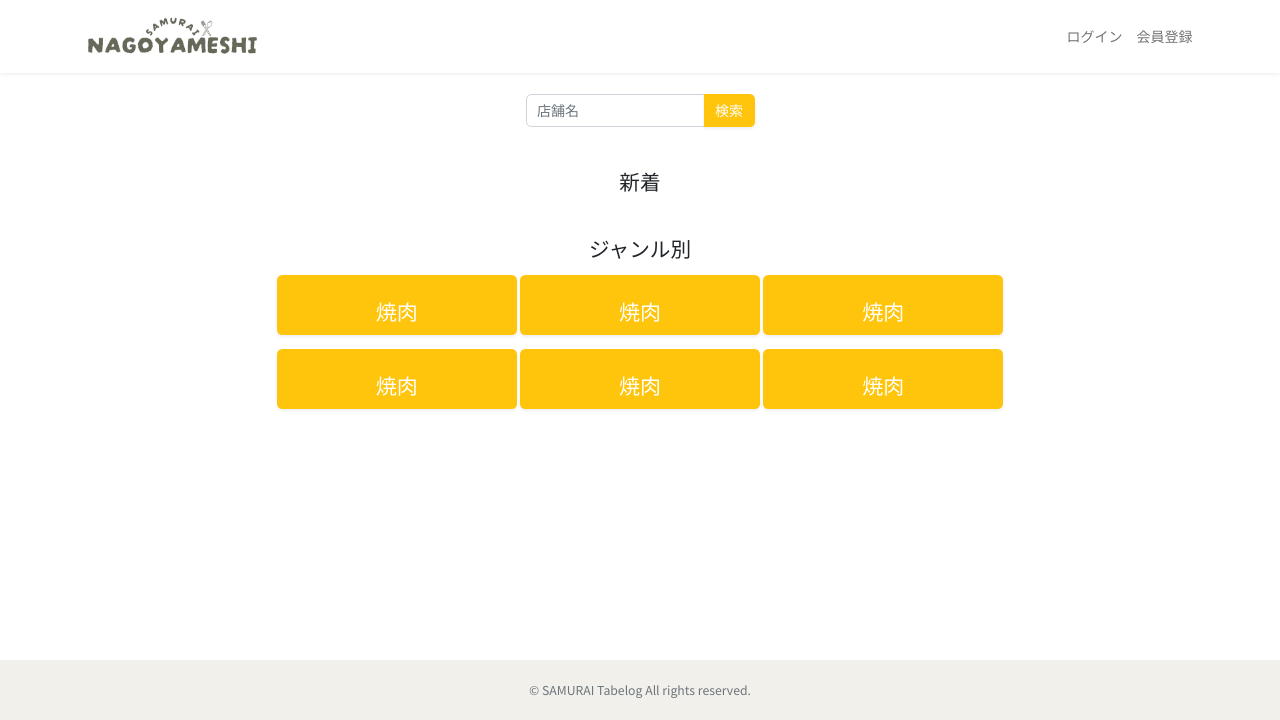
Repository: Mofu-Ya/springboot-tabelog-kadai
Page: http://localhost/index
An editor plug-in stored every save of this project. The page is shown before and after the next save, followed by the edit.
The browser window is 1280 px wide. The pictures show the whole page.
The page is this project's Thymeleaf template; nobody is signed in. The template is opened directly, without the code that normally fills it, so the values that code supplies are empty.

Above is the page before, as saved 2025-01-18 02:16:22.

### kadai_002/samuraitabelog/src/main/resources/templates/index.html
<!DOCTYPE html>
<html xmlns:th="https://www.thymeleaf.org" xmlns:sec="http://www.thymeleaf.org/extras/spring-security">
	<head>
		<div th:replace="~{fragment :: meta}"></div>
        <div th:replace="~{fragment :: styles}"></div>

		<title>SAMURAI tabelog</title>
	</head>
	<body>
		<div class="samuraitabelog-wrapper">
             <!-- ヘッダー -->
             <div th:replace="~{fragment :: header}"></div>

             <main>
                 <div class="container pt-4 pb-5 samuraitabelog-container">
                     <div th:if="${param.loggedIn}" class="alert alert-info">
                         ログインしました。
                     </div>

                     <div th:if="${param.loggedOut}" class="alert alert-info">
                         ログアウトしました。
                     </div>

                     <div th:if="${successMessage}" class="alert alert-info">
						 <span th:text="${successMessage}"></span>
                     </div>

                     <div th:if="${errorMessage}" class="alert alert-info">
						 <span th:text="${errorMessage}"></span>
                     </div>

                     <div class="d-flex justify-content-center">
                         <form method="get" th:action="@{/restaurants}" class="mb-5 samuraitabelog-search-form">
                             <div class="input-group">
                                 <input type="text" class="form-control" name="keyword" th:value="${keyword}" placeholder="店舗名">
                                 <button type="submit" class="btn text-white shadow-sm samuraitabelog-btn">検索</button>
                             </div>
                         </form>
                     </div>

                     <h2 class="text-center mb-3">新着</h2>
                     <div class="row row-cols-lg-5 row-cols-2 g-3 mb-5">
                         <div class="col" th:each="newRestaurant : ${newRestaurants}">
                             <a th:href="@{/restaurants/__${newRestaurant.getId()}__}" class="link-dark samuraitabelog-card-link">
                                 <div class="card h-100">
                                     <img th:if="${newRestaurant.getImageName()}" th:src="@{/storage/__${newRestaurant.getImageName()}__}" class="card-img-top samuraitabelog-vertical-card-image" alt="店舗画像">
                                     <img th:unless="${newRestaurant.getImageName()}" th:src="@{/images/noImage.png}" class="card-img-top samuraitabelog-vertical-card-image" alt="NO IMAGE">
                                     <div class="card-body">
                                         <h3 class="card-title" th:text="${newRestaurant.getName()}"></h3>
                                         <p class="card-text mb-1">
                                             <small class="text-muted" th:text="${newRestaurant.getAddress()}"></small>
                                         </p>
                                         <p class="card-text">
                                             <span th:text="${#numbers.formatInteger(newRestaurant.getLowestPrice(), 1, 'COMMA') + '円 / 泊'}"></span>
                                         </p>
                                     </div>
                                 </div>
                             </a>
                         </div>
                     </div>

                     <h2 class="text-center mb-3">ジャンル別</h2>
<!--                     <div class="col col-lg-10 col-10 mb-3 justify-content-center">-->

						 <div class="row mb-3">
							 <div class="col text-center">
							<a class="btn text-white shadow-sm category-btn samuraitabelog-btn" th:href="@{/restaurants}">焼肉</a>
						 	<a class="btn text-white shadow-sm category-btn samuraitabelog-btn" th:href="@{/restaurants}">焼肉</a>
						 	<a class="btn text-white shadow-sm category-btn samuraitabelog-btn" th:href="@{/restaurants}">焼肉</a>
						 	</div>
						 </div>
						 <div class="row mb-3">
							<div class="col text-center">
							<a class="btn text-white shadow-sm category-btn samuraitabelog-btn" th:href="@{/restaurants}">焼肉</a>
						 	<a class="btn text-white shadow-sm category-btn samuraitabelog-btn" th:href="@{/restaurants}">焼肉</a>
						 	<a class="btn text-white shadow-sm category-btn samuraitabelog-btn" th:href="@{/restaurants}">焼肉</a>
						 	</div>
						 </div>

<!--                     </div>-->


                 </div>
             </main>

             <!-- フッター -->
             <div th:replace="~{fragment :: footer}"></div>
         </div>

    	<div th:replace="~{fragment :: scripts}"></div>
	</body>
</html>

### kadai_002/samuraitabelog/src/main/resources/templates/fragment.html
<!DOCTYPE html>
	<html xmlns:th="https://www.thymeleaf.org" xmlns:sec="http://www.thymeleaf.org/extras/spring-security">
    <head>
        <!-- meta要素の部品化 -->
        <div th:fragment="meta" th:remove="tag">
            <meta charset="UTF-8">
            <meta name="viewport" content="width=device-width, initial-scale=1">
        </div>

        <!-- link要素の部品化 -->
        <div th:fragment="styles" th:remove="tag">
            <!-- Bootstrap -->
            <link href="https://cdn.jsdelivr.net/npm/bootstrap@5.2.3/dist/css/bootstrap.min.css" rel="stylesheet" integrity="sha384-rbsA2VBKQhggwzxH7pPCaAqO46MgnOM80zW1RWuH61DGLwZJEdK2Kadq2F9CUG65" crossorigin="anonymous">

            <!-- Google Fonts -->
            <link rel="preconnect" href="https://fonts.googleapis.com">
            <link rel="preconnect" href="https://fonts.gstatic.com" crossorigin>
            <link href="https://fonts.googleapis.com/css2?family=Noto+Sans+JP:wght@400;500&display=swap" rel="stylesheet">

            <link th:href="@{/css/style.css}" rel="stylesheet" >
        </div>

        <title>部品化用のHTMLファイル</title>
    </head>
    <body>
		<!-- ヘッダーの部品化 -->
        <div th:fragment="header" th:remove="tag">
            <nav class="navbar navbar-expand-md navbar-light bg-white shadow-sm samuraitabelog-navbar">
                <div class="container samuraitabelog-container">
                    <a class="navbar-brand" th:href="@{/}">
                        <img class="samuraitabelog-logo me-1" th:src="@{/images/logo.png}" alt="NAGOYAMESHI">
                    </a>

                    <button class="navbar-toggler" type="button" data-bs-toggle="collapse" data-bs-target="#navbarSupportedContent" aria-controls="navbarSupportedContent" aria-expanded="false" aria-label="Toggle navigation">
                         <span class="navbar-toggler-icon"></span>
                     </button>

                     <div class="collapse navbar-collapse" id="navbarSupportedContent">
                         <ul class="navbar-nav ms-auto">
                             <!-- 未ログインであれば表示する -->
                             <li class="nav-item" sec:authorize="isAnonymous()">
                                 <a class="nav-link" th:href="@{/login}">ログイン</a>
                             </li>
                             <li class="nav-item" sec:authorize="isAnonymous()">
                                 <a class="nav-link" th:href="@{/signup}">会員登録</a>
                             </li>

                             <!-- ログイン済みの無料会員であれば表示する -->
                             <li class="nav-item dropdown" sec:authorize="hasRole('GENERAL_FREE')">
                                 <a id="navbarDropdownGeneral" class="nav-link dropdown-toggle" href="#" role="button" data-bs-toggle="dropdown" aria-haspopup="true" aria-expanded="false" v-pre>
                                     <span sec:authentication="principal.user.name"></span>
                                 </a>

                                 <div class="dropdown-menu dropdown-menu-end" aria-labelledby="navbarDropdownGeneral">
                                     <a class="dropdown-item samuraitabelog-dropdown-item" th:href="@{/user}">会員情報</a>

                                     <div class="dropdown-divider"></div>

                                     <a class="dropdown-item samuraitabelog-dropdown-item" th:href="@{/logout}" onclick="event.preventDefault(); document.getElementById('logout-form').submit();">
                                         ログアウト
                                     </a>
                                     <form class="d-none" id="logout-form" th:action="@{/logout}" method="post"></form>
                                 </div>
                             </li>

                             <!-- ログイン済みの有料会員であれば表示する -->
                             <li class="nav-item dropdown" sec:authorize="hasAnyRole('GENERAL_PAID', 'OWNER_ADMIN')">
                                 <a id="navbarDropdownGeneral" class="nav-link dropdown-toggle" href="#" role="button" data-bs-toggle="dropdown" aria-haspopup="true" aria-expanded="false" v-pre>
                                     <span sec:authentication="principal.user.name"></span>
                                 </a>

                                 <div class="dropdown-menu dropdown-menu-end" aria-labelledby="navbarDropdownGeneral">
                                     <a class="dropdown-item samuraitabelog-dropdown-item" th:href="@{/user}">会員情報</a>
                                     <a class="dropdown-item samuraitabelog-dropdown-item" th:href="@{/reservations}">予約一覧</a>

                                     <div class="dropdown-divider"></div>

                                     <a class="dropdown-item samuraitabelog-dropdown-item" th:href="@{/logout}" onclick="event.preventDefault(); document.getElementById('logout-form').submit();">
                                         ログアウト
                                     </a>
                                     <form class="d-none" id="logout-form" th:action="@{/logout}" method="post"></form>
                                 </div>
                             </li>

                             <!-- 管理者であれば表示する -->
                             <li class="nav-item dropdown" sec:authorize="hasRole('ADMIN')">
                                 <a id="navbarDropdownAdmin" class="nav-link dropdown-toggle" href="#" role="button" data-bs-toggle="dropdown" aria-haspopup="true" aria-expanded="false" v-pre>
                                     管理者メニュー
                                 </a>

                                 <div class="dropdown-menu dropdown-menu-end" aria-labelledby="navbarDropdownAdmin">
									 <a class="dropdown-item samuraitabelog-dropdown-item" th:href="@{/user}">会員情報</a>
									 <a class="dropdown-item samuraitabelog-dropdown-item" th:href="@{/admin/users}">会員一覧</a>
                                     <a class="dropdown-item samuraitabelog-dropdown-item" th:href="@{/admin/restaurants}">飲食店一覧</a>

                                     <div class="dropdown-divider"></div>

                                     <a class="dropdown-item samuraitabelog-dropdown-item" th:href="@{/logout}" onclick="event.preventDefault(); document.getElementById('logout-form').submit();">
                                         ログアウト
                                     </a>
                                     <form class="d-none" id="logout-form" th:action="@{/logout}" method="post"></form>
                                 </div>
                             </li>
                         </ul>
                     </div>
                </div>
            </nav>
        </div>

		<!-- フッターの部品化 -->
        <div th:fragment="footer" th:remove="tag">
            <footer>
                <div class="d-flex justify-content-center align-items-center h-100">
                    <p class="text-center text-muted small mb-0">&copy; SAMURAI Tabelog All rights reserved.</p>
                </div>
            </footer>
        </div>

        <!-- script要素の部品化 -->
        <div th:fragment="scripts" th:remove="tag">
            <!-- Bootstrap -->
            <script src="https://cdn.jsdelivr.net/npm/bootstrap@5.2.3/dist/js/bootstrap.bundle.min.js" integrity="sha384-kenU1KFdBIe4zVF0s0G1M5b4hcpxyD9F7jL+jjXkk+Q2h455rYXK/7HAuoJl+0I4" crossorigin="anonymous"></script>
        </div>
    </body>
</html>

### kadai_002/samuraitabelog/src/main/resources/static/css/style.css
html {
  font-size: 14px;
}

body {
  font-family: 'Noto Sans JP', sans-serif;
}

h1 {
  font-size: 1.5rem;
}

h2 {
  	font-size: 1.475rem;
}

h3 {
	font-size: 1.25rem;
}

a {
/*  color: #5196a6;*/
  color: #005133;
  text-decoration: none !important;
}

a:hover {
    color: #407784;
}

footer {
  width: 100%;
  height: 60px;
  position: absolute;
  bottom: 0;
  background-color: #f2f0eb;
}

.samuraitabelog-wrapper {
  min-height: 100vh;
  position: relative;
  padding-bottom: 60px;
  box-sizing: border-box;
}

.samuraitabelog-navbar {
  min-height: 60px;
}

.samuraitabelog-logo {
  height: 50px;
}


.samuraitabelog-btn {
/*  background-color: #5196a6 !important;   */
  background-color: #FFC40C !important;
  transition: 0.1s;
}

.samuraitabelog-btn:hover {
  opacity: 0.8;
}

.samuraitabelog-page-link {
/*  color: #5196a6;*/
  color: #FFC40C;;
}

.samuraitabelog-page-link:hover {
  color: #407784;
}

.samuraitabelog-active {
/*  background-color: #5196a6 !important;*/
/*  border-color: #5196a6 !important;*/
  background-color: #FFC40C !important;
  border-color: #FFC40C !important;
}

.samuraitabelog-pre-wrap {
	/* 改行文字で行を折り返す */
	white-space: pre-wrap;
}

.samuraitabelog-link-danger {
     color: #f2594b;
 }

 .samuraitabelog-link-danger:hover {
     color: #a63c3c;
 }

 .samuraitabelog-btn-danger {
     background-color: #f2594b !important;
     transition: 0.1s;
 }

 .samuraitabelog-btn-danger:hover {
   opacity: 0.8;
 }

.samuraitabelog-dropdown-item:active {
   background-color: #5196a6;
 }

.samuraitabelog-card-link {
	transition: 0.3s;
}

.samuraitabelog-card-link:hover {
	opacity: 0.7;
}

.samuraitabelog-horizontal-card-image {
	width: 100%;
	height: 240px;
	object-fit: cover;
}

.samuraitabelog-sort-box {
   width: 150px;
 }

.samuraitabelog-vertical-card-image {
   width: 100%;
   height: 150px;
   object-fit: cover;
}

 .samuraitabelog-search-form {
     max-width: 300px;
 }

 .samuraitabelog-timepicker-form {
     height: 34px;
/*     border-color: lightgrey;*/
     border: 1px solid lightgrey;
     border-radius: 4px;
     padding: 10px;
 }

 /* ベースのFlatpickrスタイルをカスタマイズ */
.flatpickr-time {
    display: flex;
    justify-content: center;
    align-items: center;
    gap: 5px;
/*    font-family: 'Arial', sans-serif;*/
    font-family: 'Noto Sans JP', sans-serif;
    background-color: #f7f9fc;
/*    background-color:red;*/
    border-radius: 8px;
    padding: 10px;
/*    width: 200px;*/
    box-shadow: 0 4px 8px rgba(0, 0, 0, 0.1);
    overflow: hidden; /* 外枠を見切れさせない */
}

/* 不要な分・秒を非表示 */
.flatpickr-time .flatpickr-minute {
    display: none !important; /* 完全に非表示にする */
}

/*.flatpickr-time .flatpickr-minute .arrow {*/
/*    display: none !important;  完全に非表示にする */
/*}*/


/* 時間選択の各要素 */
.flatpickr-time .flatpickr-hour　{
    width: 70px;
    height: 40px;
    overflow: hidden;
    border-radius: 5px;
    border: 1px solid #ccc;
/*    border: 1px solid red;*/
    background-color: white;
    text-align: center;
    font-size: 1.2rem;
/*    font-weight: bold;*/
    line-height: 40px;
    color: #333;
    cursor: pointer;
    user-select: none;
    transition: all 0.2s ease-in-out;
}

/* 選択中の要素 */
.flatpickr-time .flatpickr-hour:hover,
.flatpickr-time .flatpickr-minute:hover,
.flatpickr-time .flatpickr-second:hover,
.flatpickr-time .flatpickr-am-pm:hover {
    background-color: #eaf3ff;
    color: #007bff;
    transform: scale(1.1);
}

/* ドラムロールのエフェクト風 */
.flatpickr-time .flatpickr-hour,
.flatpickr-time .flatpickr-minute,
.flatpickr-time .flatpickr-second {
    display: flex;
    flex-direction: column;
    align-items: center;
    justify-content: center;
    position: relative;
    height: auto;
}

/* 確認画面の Card のスタイル */
.confirm-card {
	width: 90%;
	max-width: 600px;
}

.confirm-card-body {
	padding: 20px;
}

.confirm-card-btn {
	width: 120px;
}

.complete-card-btn {
	width: 180px;
}

.category-btn {
	width: 240px;
	height: 60px;
	font-size: 1.5rem;
	line-height: 60px; /* 行の高さをボタンの高さと同じに設定 */
    text-align: center; /* 水平方向の中央揃え */
    vertical-align: middle; /* 垂直方向の中央揃え */
}


.samuraitabelog-cancel-btn {
	color: #FFC40C !important;
	background-color: white !important;
	border: 1px solid #FFC40C;
  	transition: 0.1s;
}

.samuraitabelog-cancel-btn:hover {
	color:  #191C16 !important;
	background-color: #B4BBAB !important;
	border: 1px solid #FFC40C;
  	opacity: 0.6;
}

/*.flatpickr-time .flatpickr-hour:before,*/
/*.flatpickr-time .flatpickr-minute:before,*/
/*.flatpickr-time .flatpickr-second:before {*/
/*    content: "";*/
/*    position: absolute;*/
/*    top: 0;*/
/*    width: 100%;*/
/*    height: 50%;*/
/*    background: linear-gradient(to bottom, rgba(255, 255, 255, 0.9), rgba(255, 255, 255, 0));*/
/*    z-index: 1;*/
/*}*/

/*.flatpickr-time .flatpickr-hour:after,*/
/*.flatpickr-time .flatpickr-minute:after,*/
/*.flatpickr-time .flatpickr-second:after {*/
/*    content: "";*/
/*    position: absolute;*/
/*    bottom: 0;*/
/*    width: 100%;*/
/*    height: 50%;*/
/*    background: linear-gradient(to top, rgba(255, 255, 255, 0.9), rgba(255, 255, 255, 0));*/
/*    z-index: 1;*/
/*}*/


@media screen and (min-width: 1400px) {
  .samuraitabelog-container {
    max-width: 1200px;
  }
}

After the next save:
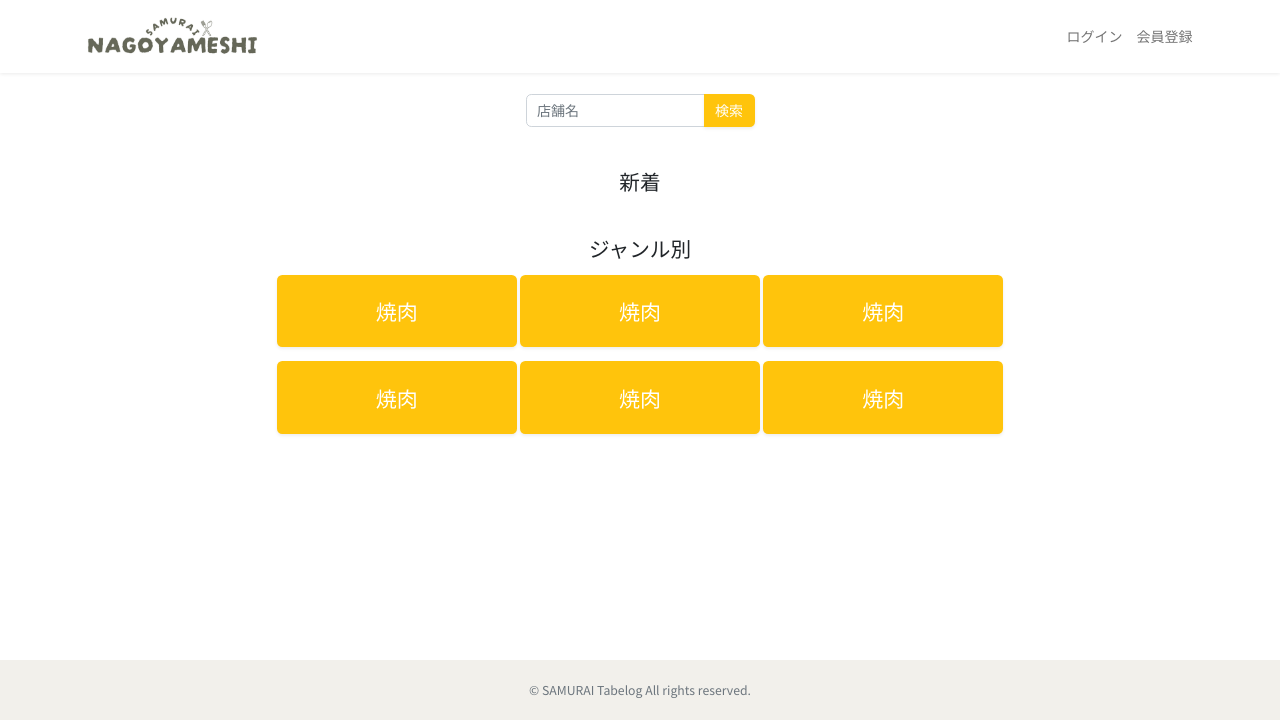
Saved 3 min 21 s later.
--- a/kadai_002/samuraitabelog/src/main/resources/static/css/style.css
+++ b/kadai_002/samuraitabelog/src/main/resources/static/css/style.css
@@ -228,7 +228,6 @@ footer {
 
 .category-btn {
 	width: 240px;
-	height: 60px;
 	font-size: 1.5rem;
 	line-height: 60px; /* 行の高さをボタンの高さと同じに設定 */
     text-align: center; /* 水平方向の中央揃え */
